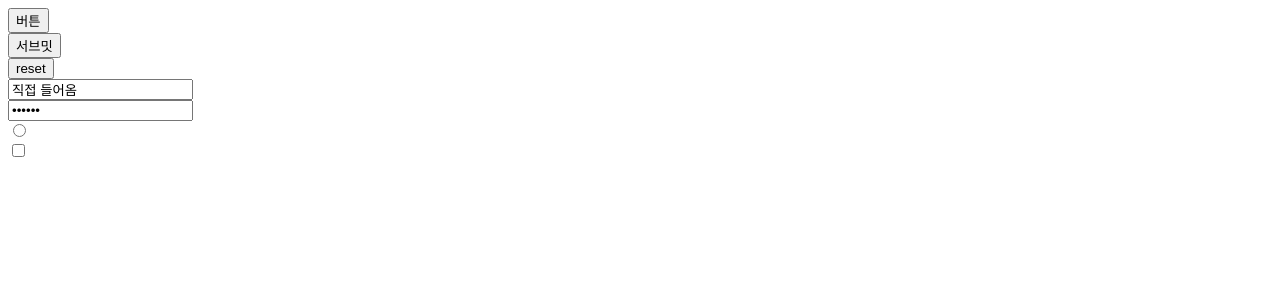
Repository: basstpgns/20201029html
Page: jsp/html/test02.html
The author's editor kept a copy of each file at every save. The page is drawn from the files as they stood at one save, then again after the next save.
The browser window is 1280 px wide. The pictures show the whole page.

Above is the page before, as saved 2020-10-30 00:47:11.

After the next save:
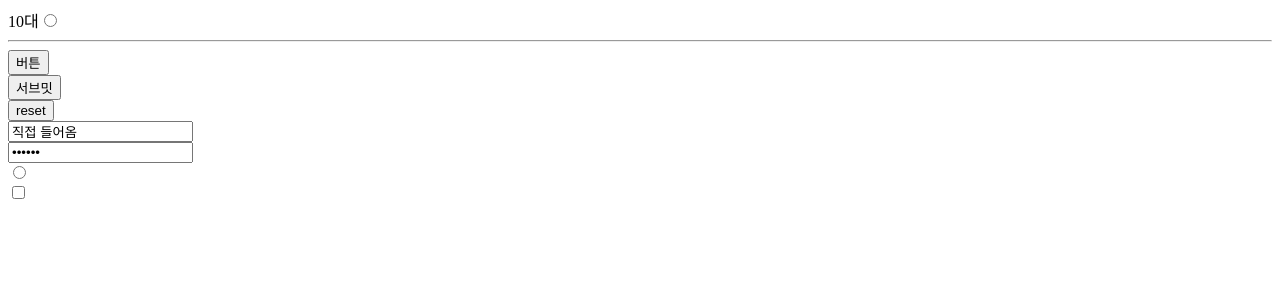
Saved 2 min 12 s later.
--- a/jsp/html/test02.html
+++ b/jsp/html/test02.html
@@ -5,6 +5,8 @@
 <title>Insert title here</title>
 </head>
 <body>
+10대<input type="radio">
+<hr>
 	<input type="button" value="버튼"><br>
 	<input type="submit" value="서브밋"><br>
 	<input type="reset" value="reset"><br>
